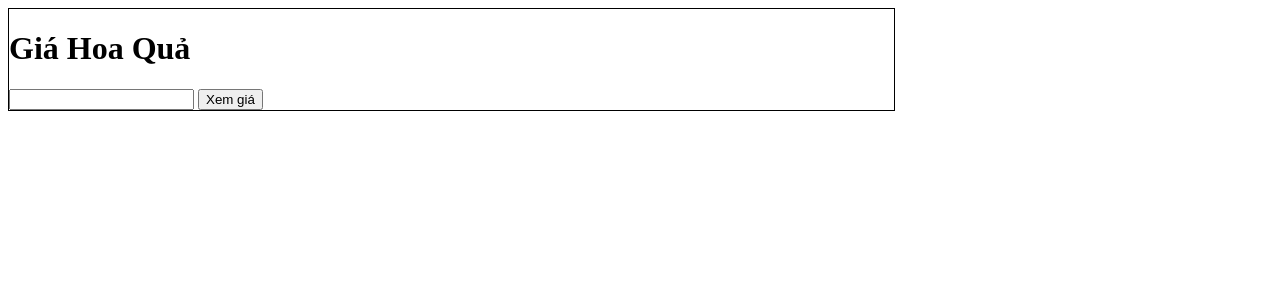
Repository: tungts3qb/BTCodeGym
Page: giahoaqua.html
An editor plug-in stored every save of this project. The page is shown before and after the next save, followed by the edit.
The browser window is 1280 px wide. The pictures show the whole page.

Above is the page before, as saved 2023-01-04 11:00:02.

After the next save:
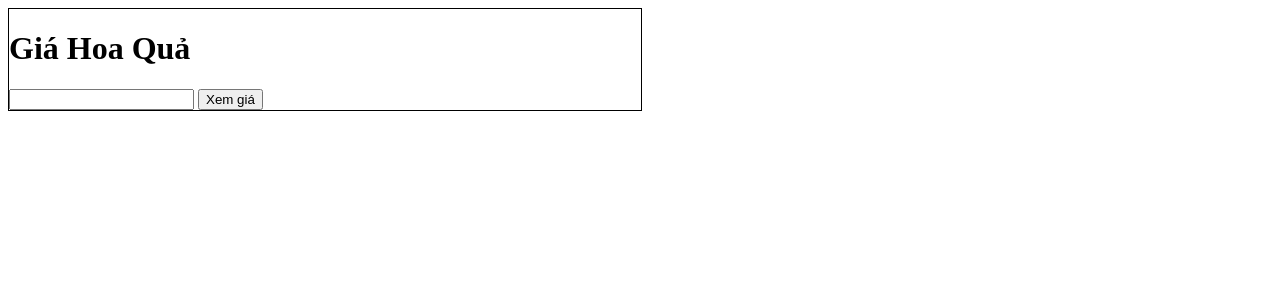
Saved 6 s later.
--- a/giahoaqua.html
+++ b/giahoaqua.html
@@ -10,7 +10,7 @@
     <style>
       .check-fruit-form {
         border: solid 1px black;
-        max-width: 70%;
+        max-width: 50%;
       }
     </style>
     <div class="check-fruit-form">
